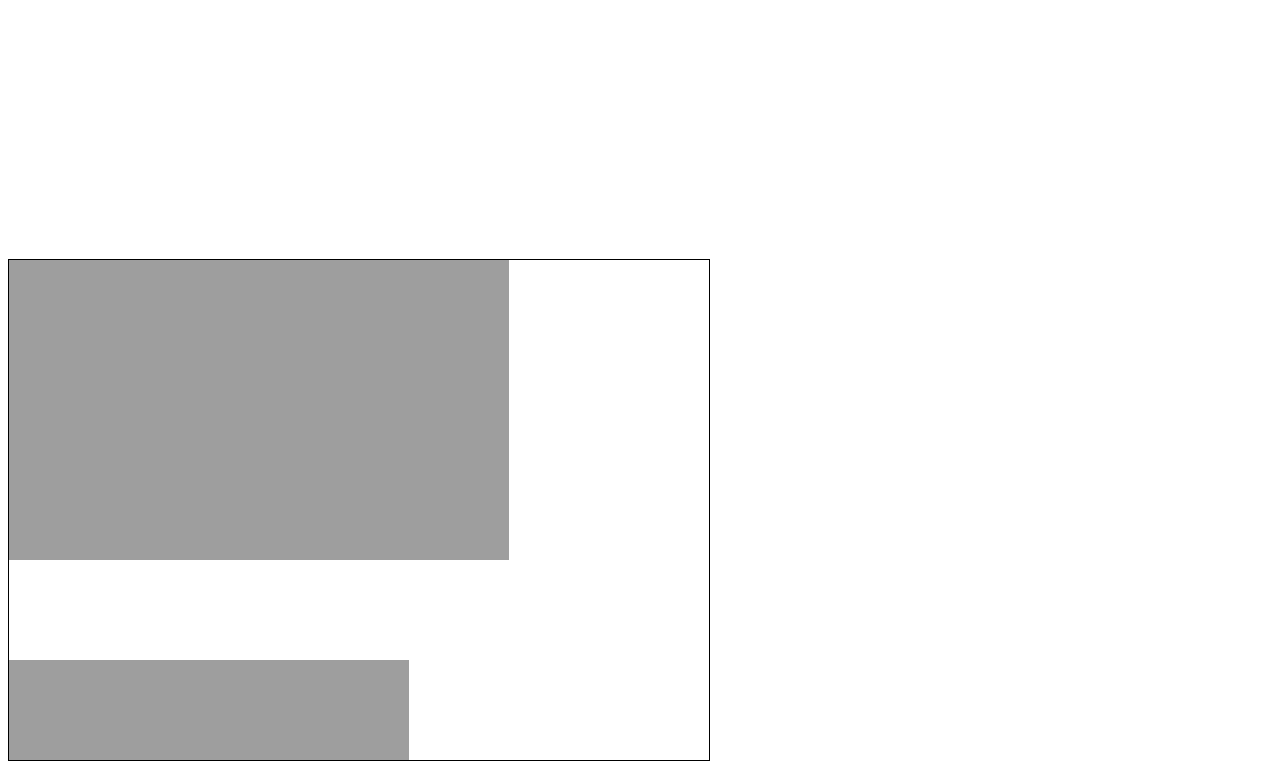
Repository: Tranduchieu2002/FlappyBird
Page: Flappy.html
The author's editor kept a copy of each file at every save. The page is drawn from the files as they stood at one save, then again after the next save.
The browser window is 1280 px wide. The pictures show the whole page.

Above is the page before, as saved 2021-09-14 14:58:43.

After the next save:
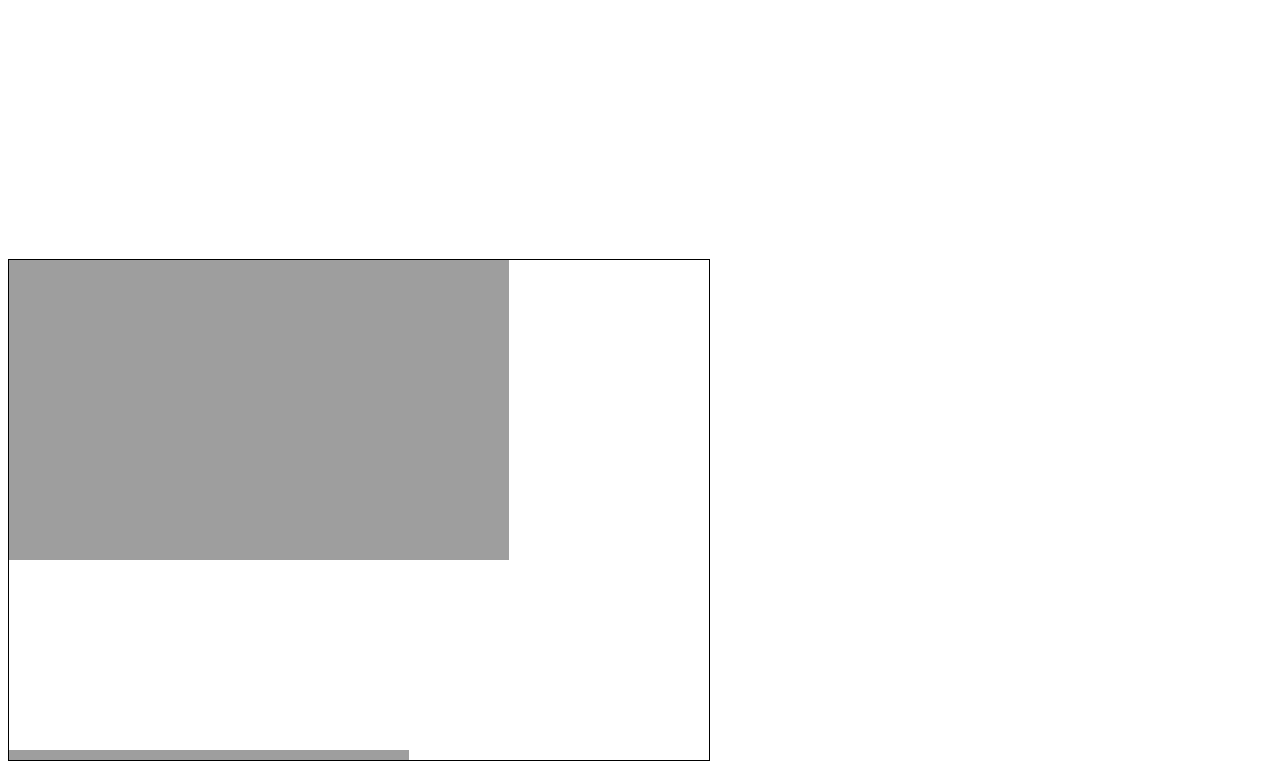
Saved 12 s later.
--- a/index.js
+++ b/index.js
@@ -24,6 +24,6 @@ bg.src =
   ctx.drawImage(pipeNorth,100,0)
   ctx.drawImage(bg, 0, 0);
   ctx.drawImage(bird, 0, 0, 50, 50);
-  ctx.drawImage(fg,0,hC-100)
+  ctx.drawImage(fg,0,hC-10)
   requestAnimationFrame(draw);
 })();
